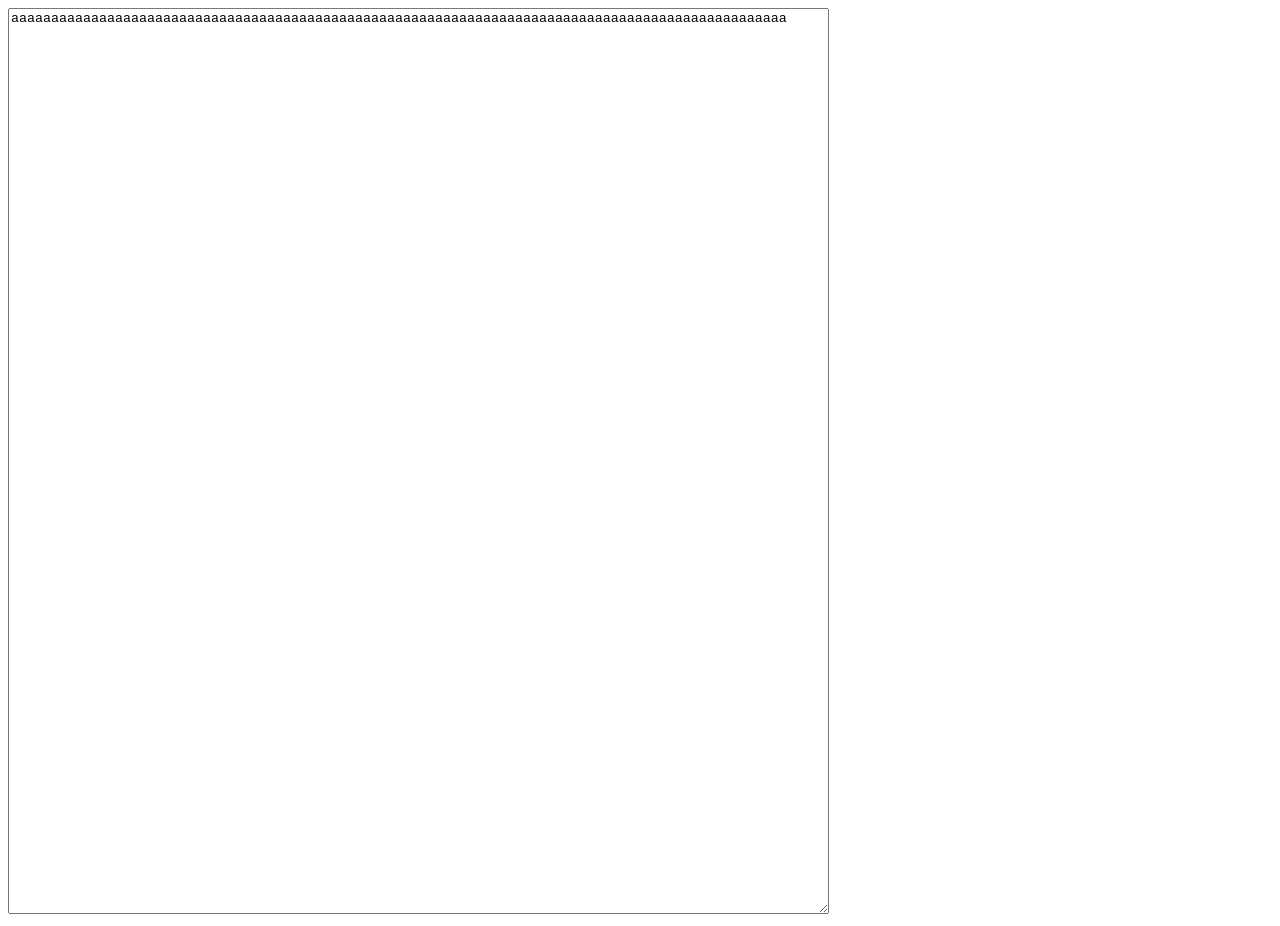
Repository: superdids/DAT152
Page: http://localhost/DigitalRain/
The author's editor kept a copy of each file at every save. The page is drawn from the files as they stood at one save, then again after the next save.
The browser window is 1280 px wide. The pictures show the whole page.
The page is served by Tomcat 9.

Above is the page before, as saved 2015-08-30 14:28:19.

After the next save:
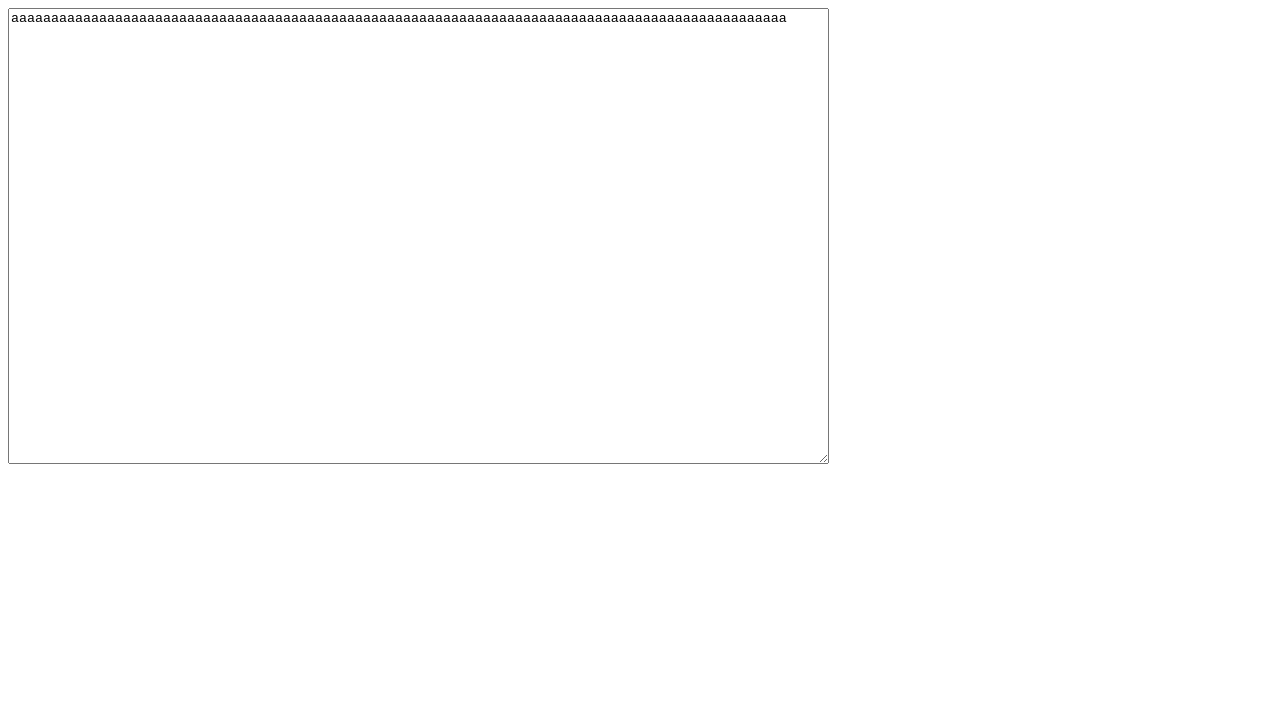
Saved 6 s later.
--- a/DigitalRain/WebContent/js/digitalRain.js
+++ b/DigitalRain/WebContent/js/digitalRain.js
@@ -1,7 +1,7 @@
 
 window.onload = function() {
 	var elm = document.getElementById('digital');
-	elm.rows =60;
+	elm.rows = 30;
 	elm.cols = 100;
 
 	for(var x = 0; x < 97; x++) {
